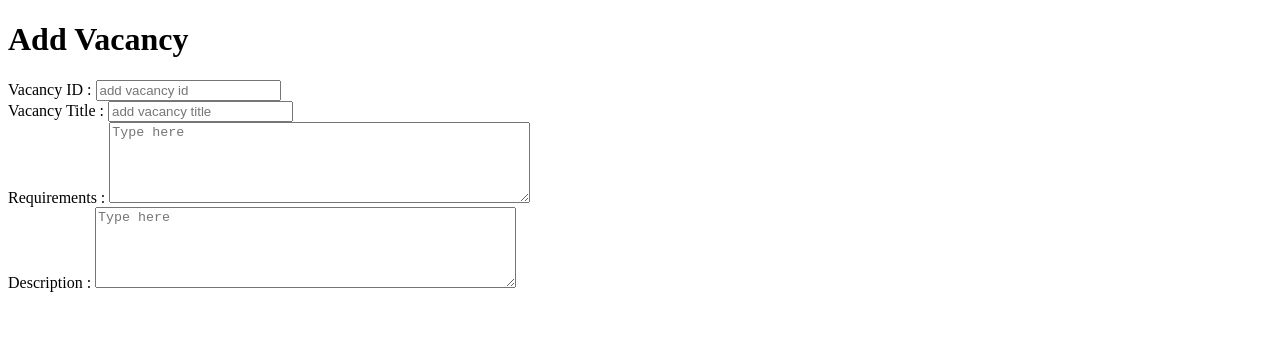
Repository: IT21221064/JobPortal
Page: http://localhost/signup/addVacancy.jsp
An editor plug-in stored every save of this project. The page is shown before and after the next save, followed by the edit.
The browser window is 1280 px wide. The pictures show the whole page.
The page is served by Tomcat 9.

Above is the page before, as saved 2023-07-14 17:10:21.

After the next save:
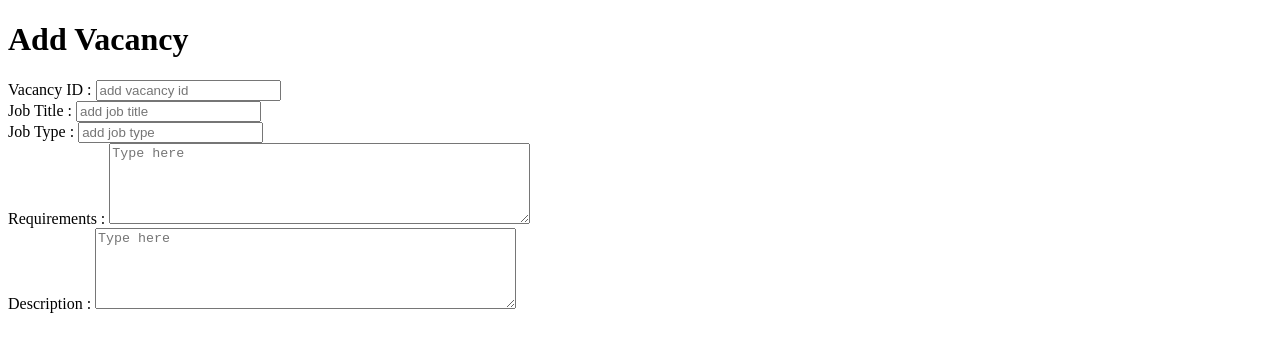
Saved 3 min 41 s later.
--- a/jobPortal/signup/src/main/webapp/addVacancy.jsp
+++ b/jobPortal/signup/src/main/webapp/addVacancy.jsp
@@ -10,8 +10,10 @@
 <h1>Add Vacancy</h1>
 <label for="vid">Vacancy ID : </label>
 <input type="text" name="vid" id="vid" placeholder="add vacancy id"><br>
-<label for="vtitle">Vacancy Title : </label>
-<input type="text" name="vtitle" id="vtitle" placeholder="add vacancy title"><br>
+<label for="vtitle">Job Title : </label>
+<input type="text" name="vtitle" id="vtitle" placeholder="add job title"><br>
+<label for="vtitle">Job Type : </label>
+<input type="text" name="vtitle" id="vtitle" placeholder="add job type"><br>
 <label for ="jobreqs">Requirements : </label>
 <textarea id="jobreqs" name="jobreqs" rows="5" cols="50" placeholder="Type here"></textarea><br>
 <label for ="jobdesc">Description : </label>
